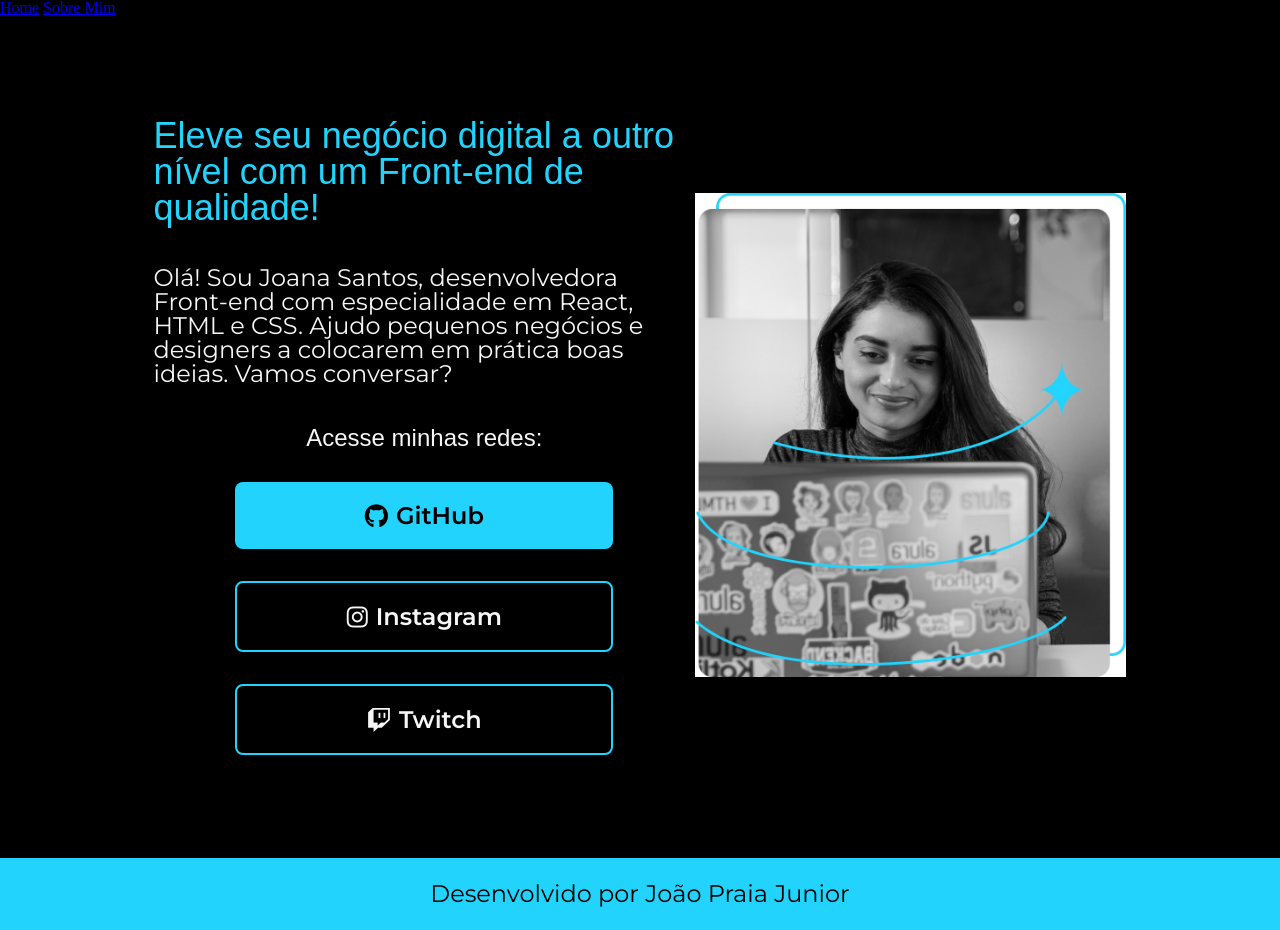
Repository: joaoPraiaJunior/html-basico
Page: index.html
An editor plug-in stored every save of this project. The page is shown before and after the next save, followed by the edit.
The browser window is 1280 px wide. The pictures show the whole page.
Some web fonts or font styles are not loaded; a fallback is used. Some web libraries are served in a nearby version.

Above is the page before, as saved 2024-06-06 21:15:19.

### index.html
<!DOCTYPE html>
<html lang="pt-BR" dir="ltr">
  <head>
    <meta charset="UTF-8" />
    <meta http-equiv="X-UA-Compatible" content="IE=edge" />
    <meta name="viewport" content="width=device-width, initial-scale=1.0" />
    <title>Portifólio</title>
    <link rel="stylesheet" href="css/reset.css" />
    <link rel="stylesheet" href="css/style.css" />
  </head>
  <body>
    <header class="cabecalho">
      <nav class="cabecalho__menu">
          <a class="cabecalho__link" href="#">Home</a>
          <a class="cabecalho__link" href="#">Sobre Mim</a>
      </nav>
    </header>
    <main class="apresentacao">
      <section class="apresentacao__conteudo">
        <h1 class="apresentacao__titulo">
          Eleve seu negócio digital a outro nível com um Front-end de qualidade!
        </h1>
        <p class="apresentacao__texto">
          Olá! Sou Joana Santos, desenvolvedora Front-end com especialidade em
          React, HTML e CSS. Ajudo pequenos negócios e designers a colocarem em
          prática boas ideias. Vamos conversar?
        </p>
        <div class="apresentacao__links">
          <h2 class="apresentacao__subtitulo">Acesse minhas redes:</h2>
          <a
            class="apresentacao__link"
            href="https://github.com/joaoPraiaJunior"
            ><i class="fa-brands fa-github"></i> <span>GitHub</span></a
          >
          <a
            class="apresentacao__link apresentacao__link--transparente"
            href="https://www.instagram.com/joaopraiajunior/"
            ><i class="fa-brands fa-instagram"></i> <span>Instagram</span></a
          >
          <a
            class="apresentacao__link apresentacao__link--transparente"
            href="http://"
            ><i class="fa-brands fa-twitch"></i> <span>Twitch</span></a
          >
        </div>
      </section>
      <section class="apresentacao__imagem">
        <img src="images/Imagem.jpg" alt="foto da joana santos programando!" />
      </section>
    </main>
    <footer class="rodape"><p>Desenvolvido por João Praia Junior</p></footer>
  </body>
  <script
    src="https://kit.fontawesome.com/c4ee7a6e8c.js"
    crossorigin="anonymous"
  ></script>
</html>

### css/reset.css
/* http://meyerweb.com/eric/tools/css/reset/
   v2.0 | 20110126
   License: none (public domain)
*/

* {
    box-sizing: border-box;
}

html, body, div, span, applet, object, iframe,
h1, h2, h3, h4, h5, h6, p, blockquote, pre,
a, abbr, acronym, address, big, cite, code,
del, dfn, em, img, ins, kbd, q, s, samp,
small, strike, strong, sub, sup, tt, var,
b, u, i, center,
dl, dt, dd, ol, ul, li,
fieldset, form, label, legend,
table, caption, tbody, tfoot, thead, tr, th, td,
article, aside, canvas, details, embed,
figure, figcaption, footer, header, hgroup,
menu, nav, output, ruby, section, summary,
time, mark, audio, video {
	margin: 0;
	padding: 0;
	border: 0;
	font: inherit;
	vertical-align: baseline;
}
/* HTML5 display-role reset for older browsers */
article, aside, details, figcaption, figure,
footer, header, hgroup, menu, nav, section {
	display: block;
}
body {
	line-height: 1;
}
ol, ul {
	list-style: none;
}
blockquote, q {
	quotes: none;
}
blockquote:before, blockquote:after,
q:before, q:after {
	content: '';
	content: none;
}
table {
	border-collapse: collapse;
	border-spacing: 0;
}

### css/style.css
@import url('https://fonts.googleapis.com/css2?family=Krona+One&family=Montserrat:wght@400;600&display=swap');

html {
  font-size: 62.5%;
}

body {
  color: #f6f6f6;
  background-color: #000;
  font-size: 1.6rem;
}

.apresentacao {
  padding: 8% 12%;
  display: flex;
  justify-content: space-between;
  align-items: center;
}

.apresentacao__conteudo {
  display:flex;
  flex-direction: column;
  width: 615px;
  gap: 40px;
}

.apresentacao__titulo {
  color: #22d4fd;
  font-family: 'Krona One', sans-serif;
  font-size: 3.6rem;
}

.apresentacao__subtitulo{
  font-family: 'Krona One', sans-serif;
  font-size: 2.4rem;
  font-weight: 400;
}

.apresentacao__texto {
  font-family: 'Montserrat', sans-serif;
  font-size: 2.4rem;
}

.apresentacao__links {
  display: flex;
  flex-direction: column;
  justify-content: space-between;
  align-items: center;
  row-gap: 32px;
}

.apresentacao__link {
  display:flex;
  justify-content: center;
  column-gap: 8px;
  color: #000;
  background-color: #22d4fd;
  font-family: 'Montserrat', sans-serif;
  font-size: 2.4rem;
  font-weight: 600;
  padding: 21.5px 0;
  width: 378px;
  border-radius: 8px;
  text-align: center;
  text-decoration: none;
}

.apresentacao__link--transparente {
  color: #f6f6f6;
  background-color: transparent;
  border: 2px solid #22d4fd;
  transition: all .5s ease-in-out;
}

.apresentacao__link--transparente:hover {
  background-color: #272727;
}

.apresentacao__link--transparente .fa-brands {
  transition: color .5s ease-in-out;
}

.apresentacao__link--transparente:hover .fa-brands {
  color: #22d4fd;
}

.apresentacao__imagem img {
  max-width: 100%;
}


.rodape {
  font-family: 'Montserrat', sans-serif;
  font-size: 2.4rem;
  font-weight: 400;
  color: #000;
  background-color: #22d4fd;
  padding: 24px;
  text-align: center;
}

After the next save:
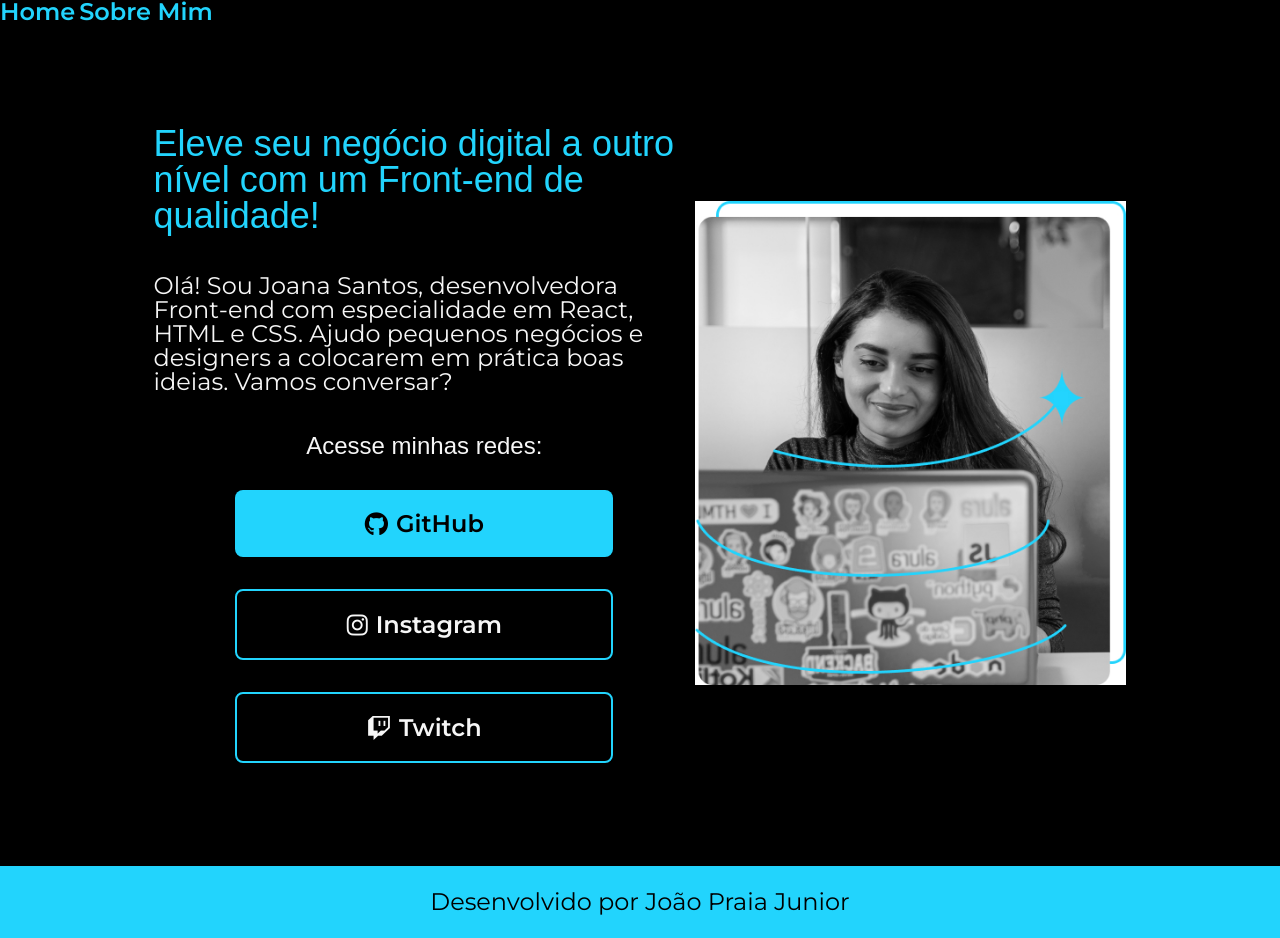
Saved 3 min 16 s later.
--- a/css/style.css
+++ b/css/style.css
@@ -8,6 +8,15 @@
   color: #f6f6f6;
   background-color: #000;
   font-size: 1.6rem;
+}
+
+.cabecalho__link {
+  font-family: 'Montserrat', sans-serif;
+  font-size: 2.4rem;
+  font-weight: 600;
+  text-decoration: none;
+  color:#22d4fd;
+
 }
 
 .apresentacao {
@@ -88,7 +97,6 @@
   max-width: 100%;
 }
 
-
 .rodape {
   font-family: 'Montserrat', sans-serif;
   font-size: 2.4rem;
